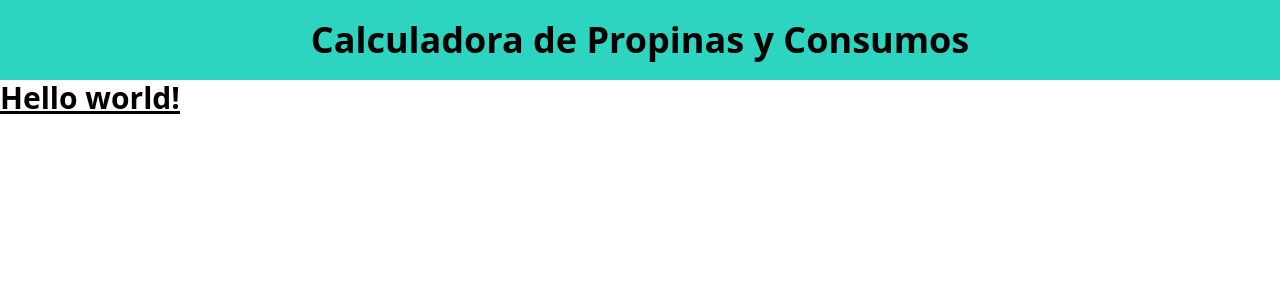
Repository: Matiiu/tip-calculator
Page: /
The author's editor kept a copy of each file at every save. The page is drawn from the files as they stood at one save, then again after the next save.
The browser window is 1280 px wide. The pictures show the whole page.
The project was rebuilt for these pictures with package versions that can differ from the ones it lists, and the page was loaded fresh each time. Also part of the build but not shown: vite.config.ts.

Above is the page before, as saved 2024-03-29 09:33:26.

After the next save:
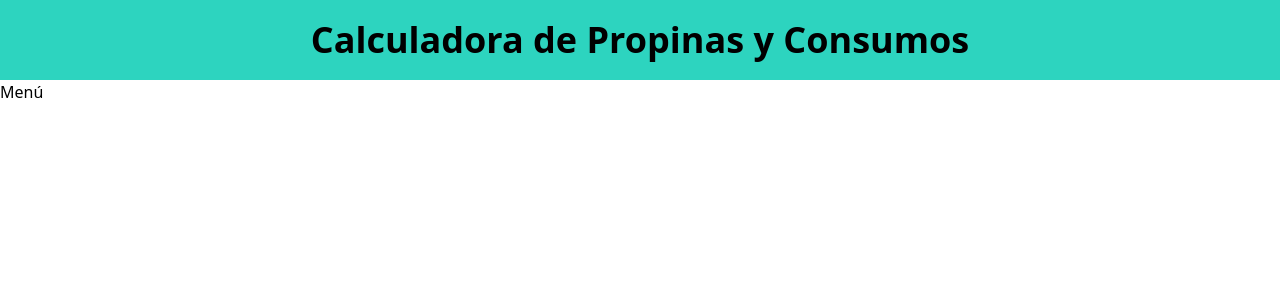
Saved 116 s later.
--- a/src/App.tsx
+++ b/src/App.tsx
@@ -5,9 +5,9 @@ export default function App() {
   return (
     <>
     <Header />
-      <h1 className="text-3xl font-bold underline">
-        Hello world!
-      </h1>
+      <main className="max-w-7xl mx-auto">
+        <h2 className="">Menú</h2>
+      </main>
     </>
   )
 }
